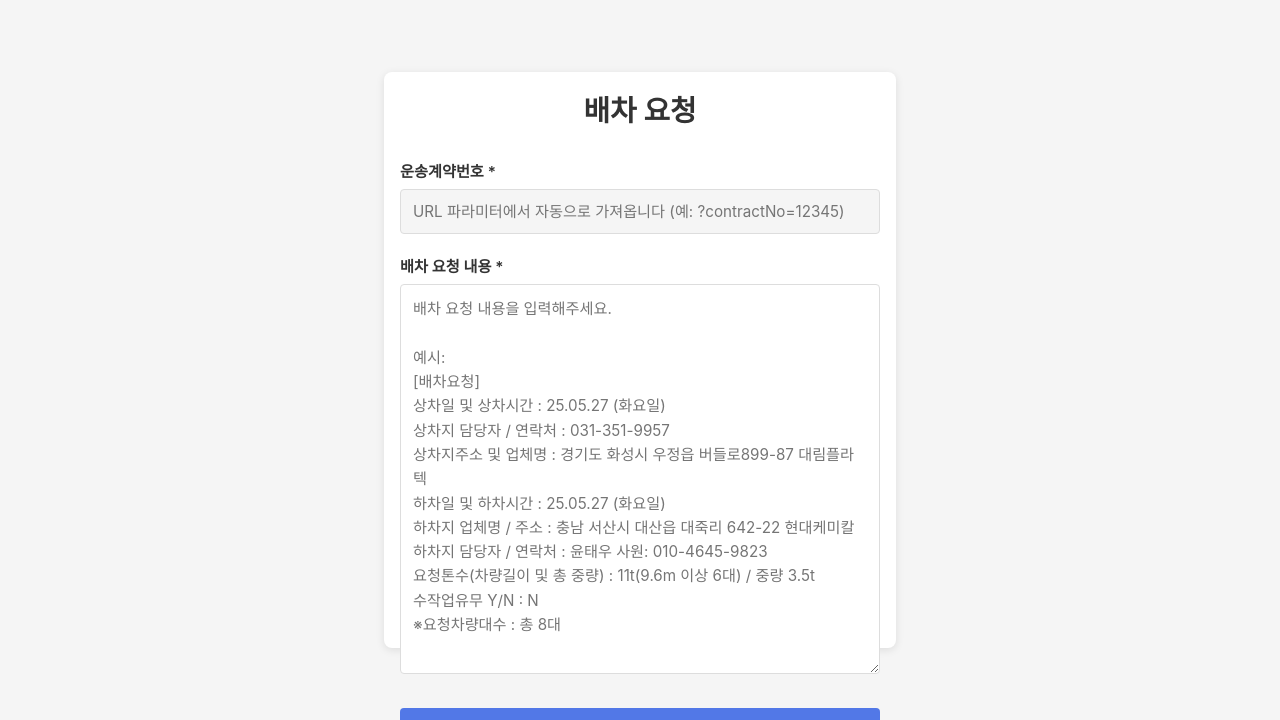
Repository: deul428/logis_transport
Page: / (app in frontend/)
These files come from the project's save history. The page is drawn as it stood at one moment and after the next save; the edit follows.
The browser window is 1280 px wide. The pictures show the whole page.
The project was rebuilt for these pictures with package versions that can differ from the ones it lists, and the page was loaded fresh each time. Also part of the build but not shown: frontend/src/App.scss.

Above is the page before, as saved 2025-11-13 13:49:51.

After the next save:
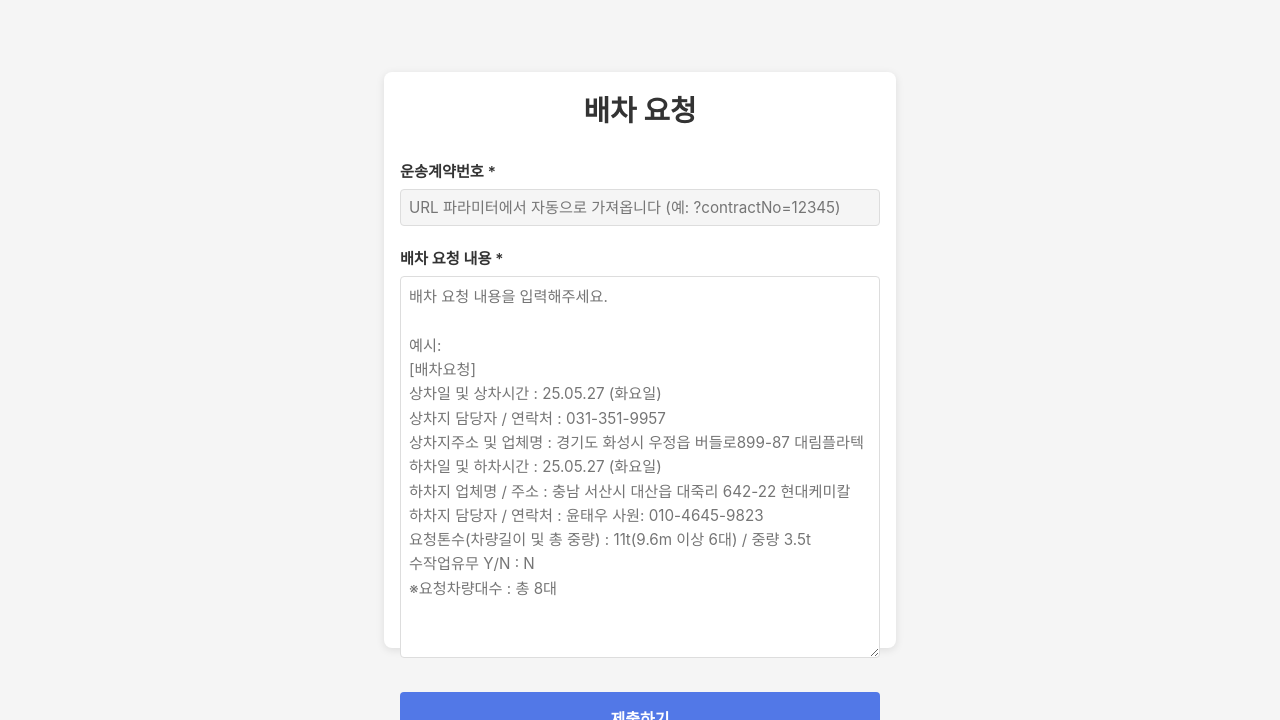
Saved 16 s later.
--- a/frontend/src/styles/transport.scss
+++ b/frontend/src/styles/transport.scss
@@ -51,7 +51,7 @@
           textarea {
             font-family: inherit;
             width: 100%;
-            padding: 12px;
+            padding: 0.5rem;
             border: 1px solid #ddd;
             border-radius: 4px;
             font-size: 0.95rem;
